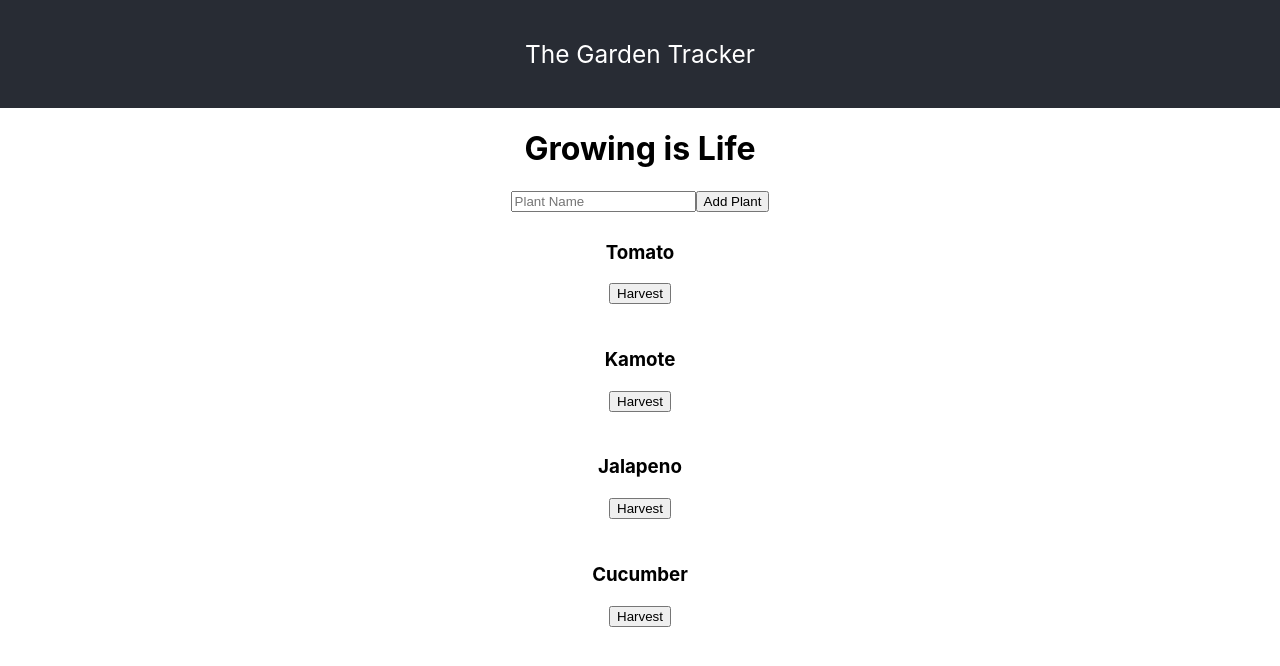
Repository: charliejp0311/gardentracker
Page: /
The author's editor kept a copy of each file at every save. The page is drawn from the files as they stood at one save, then again after the next save.
The browser window is 1280 px wide. The pictures show the whole page.
The project was rebuilt for these pictures with package versions that can differ from the ones it lists, and the page was loaded fresh each time. Also part of the build but not shown: src/components/Harvest.js.

Above is the page before, as saved 2020-10-29 13:28:00.

After the next save:
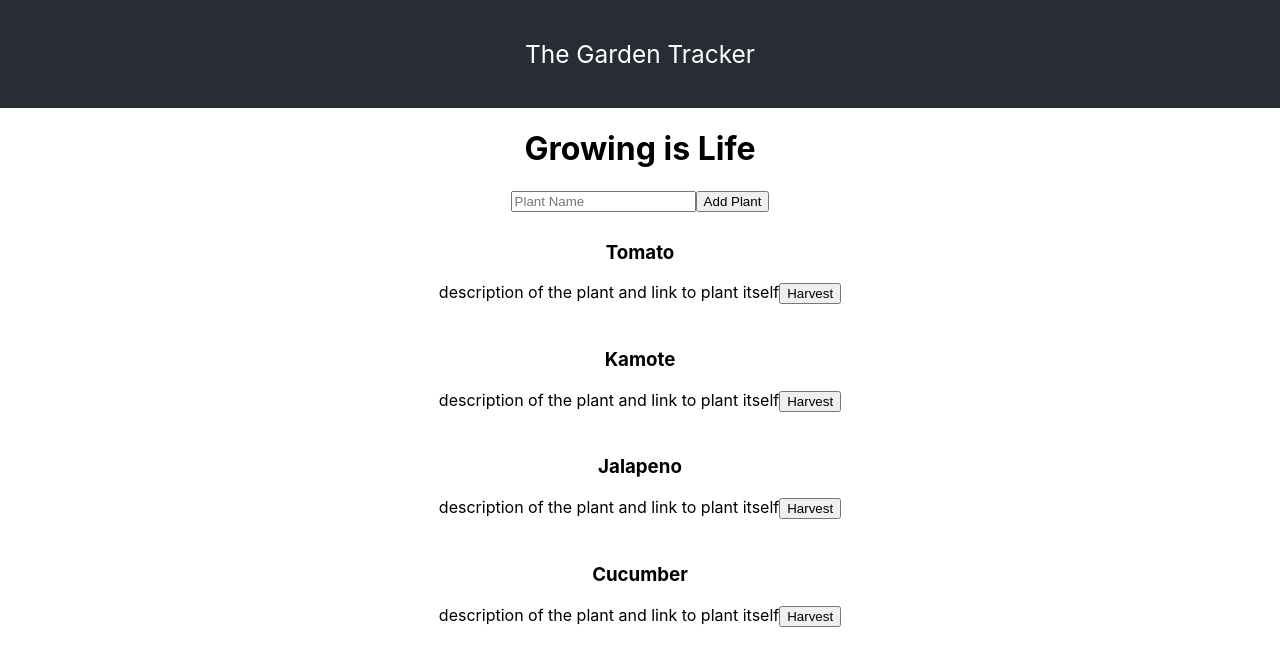
Saved 71 s later.
--- a/src/components/Plant.js
+++ b/src/components/Plant.js
@@ -19,6 +19,7 @@ class Plant extends Component{
         return(
             <div className='plant'>
                 <h3>{this.props.plant.name}</h3>
+                description of the plant and link to plant itself
                 <button onClick={this.handleHarvest}>Harvest</button>
             </div>
         )
